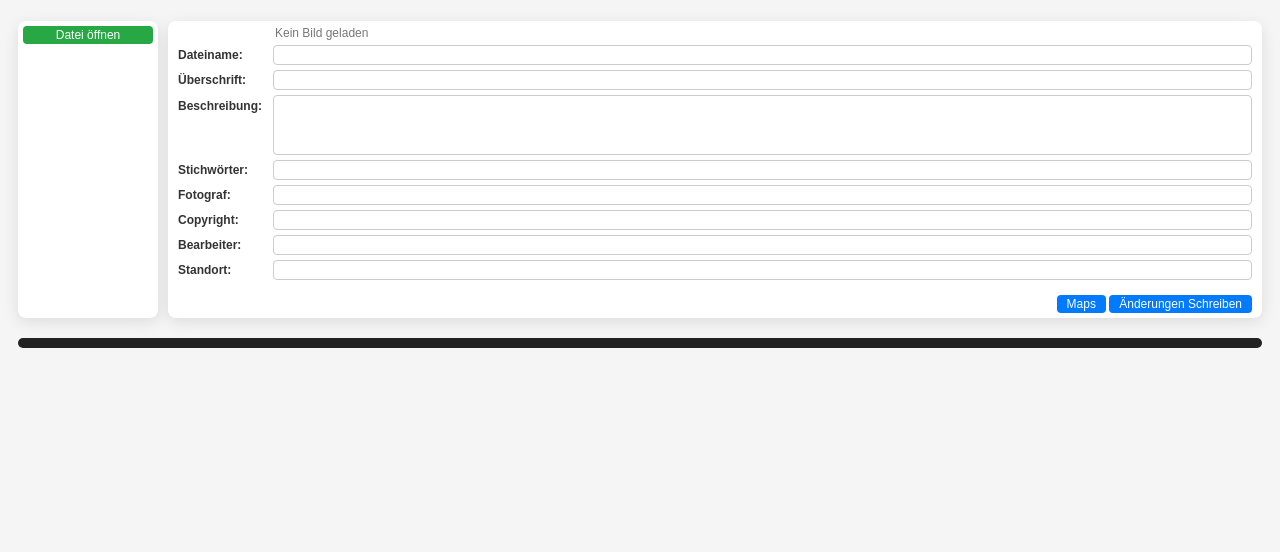
Repository: h-fahle/metadata
Page: ui/index.html
The author's editor kept a copy of each file at every save. The page is drawn from the files as they stood at one save, then again after the next save.
The browser window is 1280 px wide. The pictures show the whole page.

Above is the page before, as saved 2026-08-17 21:13:37.

After the next save:
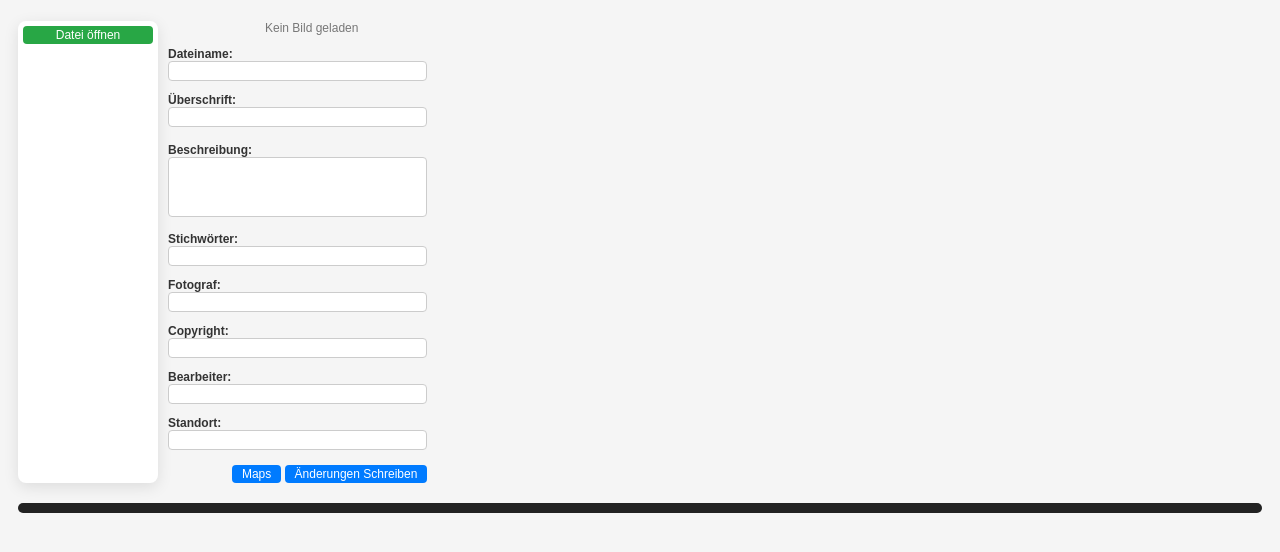
Saved 10 min 34 s later.
--- a/ui/index.html
+++ b/ui/index.html
@@ -29,7 +29,7 @@
 		</div>
 
 		<!-- Das Formular rechts -->
-		<form action="" method="post">
+		<div id="mein-formular-container">
 
 			<div id="ordner-pfad">Kein Bild geladen</div>
 
@@ -80,11 +80,11 @@ Ermitteln der Koordinaten in der Google Maps-Karte:
 
 			<!-- NEU: Der Speichern-Button am Ende des Formular-Containers -->
 			<div style="text-align: right; margin-top: 15px;">
-				<button onclick="zeigeMaps()" style="background: #007BFF;">Maps</button>
-				<button onclick="exifSchreiben(event)" style="background: #007BFF;">Änderungen Schreiben</button>
+				<button type="button" onclick="zeigeMaps(event)" style="background: #007BFF;">Maps</button>
+				<button type="button" onclick="exifSchreiben(event)" style="background: #007BFF;">Änderungen Schreiben</button>
 			</div>
 
-		</form>
+		</div>
 	</div> <!-- Ende des main-containers -->
 
 	<div id="ausgabe"></div>
@@ -93,7 +93,8 @@ Ermitteln der Koordinaten in der Google Maps-Karte:
 
 		let aktuellerBildPfad = "";
 
-		async function zeigeMaps() {
+		async function zeigeMaps(event) {
+			event.preventDefault()
 			let gps = document.getElementById('position').value;
 
 			try {

After the 2 saves that followed:
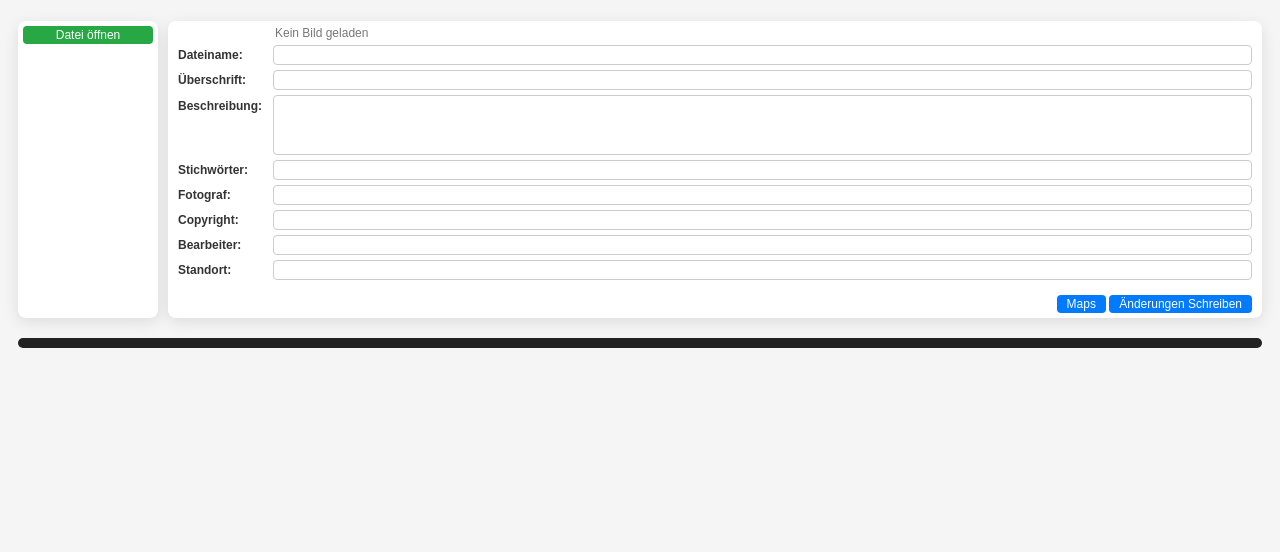
The 2 saves are shown as one change because 1 left the picture as it was.
The last was saved 3 min 12 s later.
--- a/ui/style.css
+++ b/ui/style.css
@@ -79,7 +79,7 @@ input#bildpfad {
 }
 
 /* Container des Formulars */
-form {
+#mein-formular-container {
 	flex-grow: 1;
 	margin: 0;
 	padding: 5px 10px;
@@ -89,7 +89,7 @@ form {
 	font-family: Arial, sans-serif;
 }
 
-form p {
+#mein-formular-container p {
 	display: flex;
 	align-items: center;
 	margin: 6px 0;
